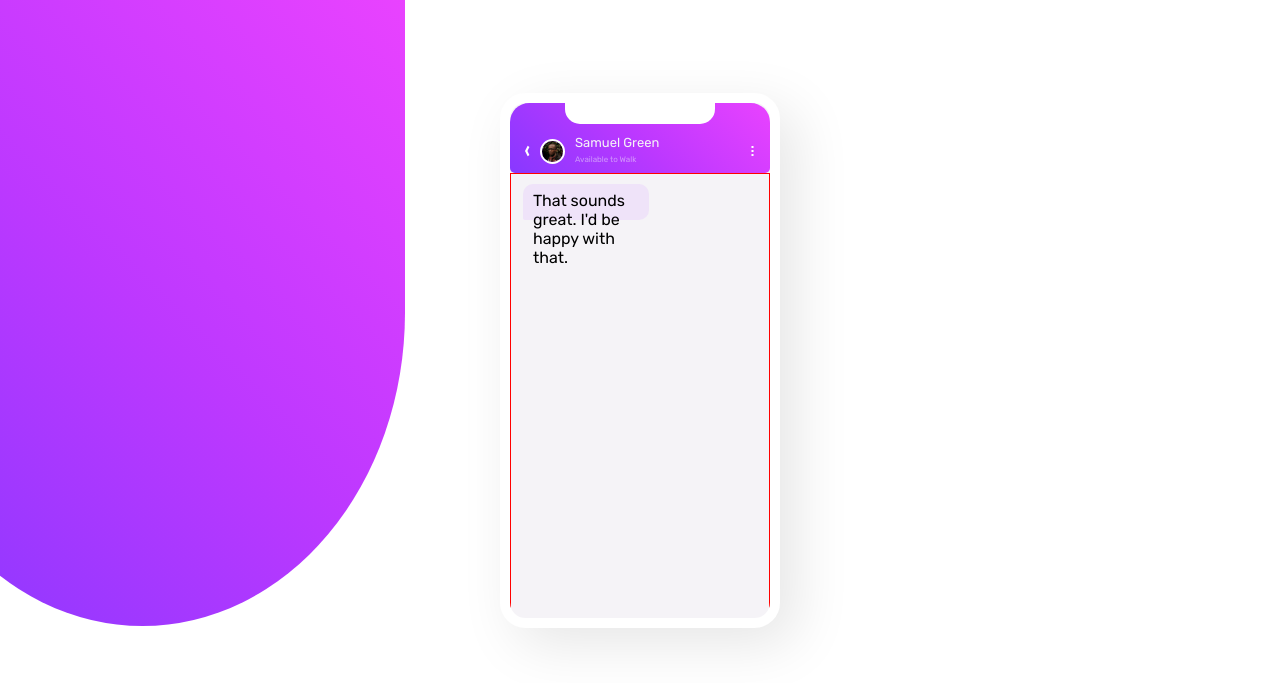
Repository: KamoliddinGIT/chat-app-css-illustration
Page: index.html
An editor plug-in stored every save of this project. The page is shown before and after the next save, followed by the edit.
The browser window is 1280 px wide. The pictures show the whole page.

Above is the page before, as saved 2023-09-25 18:11:16.

After the next save:
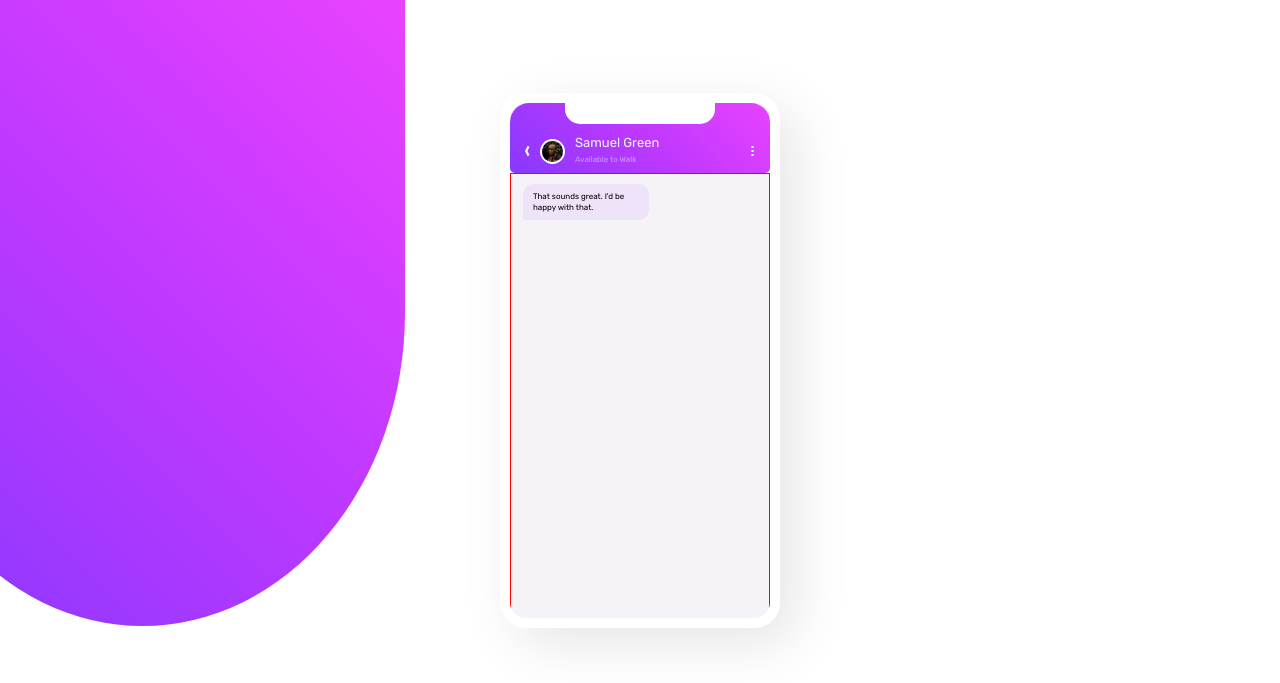
Saved 17 s later.
--- a/css/style.css
+++ b/css/style.css
@@ -136,4 +136,7 @@
   padding: 7px 5px 7px 10px;
   border-radius: 10px 10px 10px 2px;
   margin: 10px 0 0 12px;
+  font-size: 8px;
+  line-height: 11px;
+  color: var(--ModerateViolet);
 }
